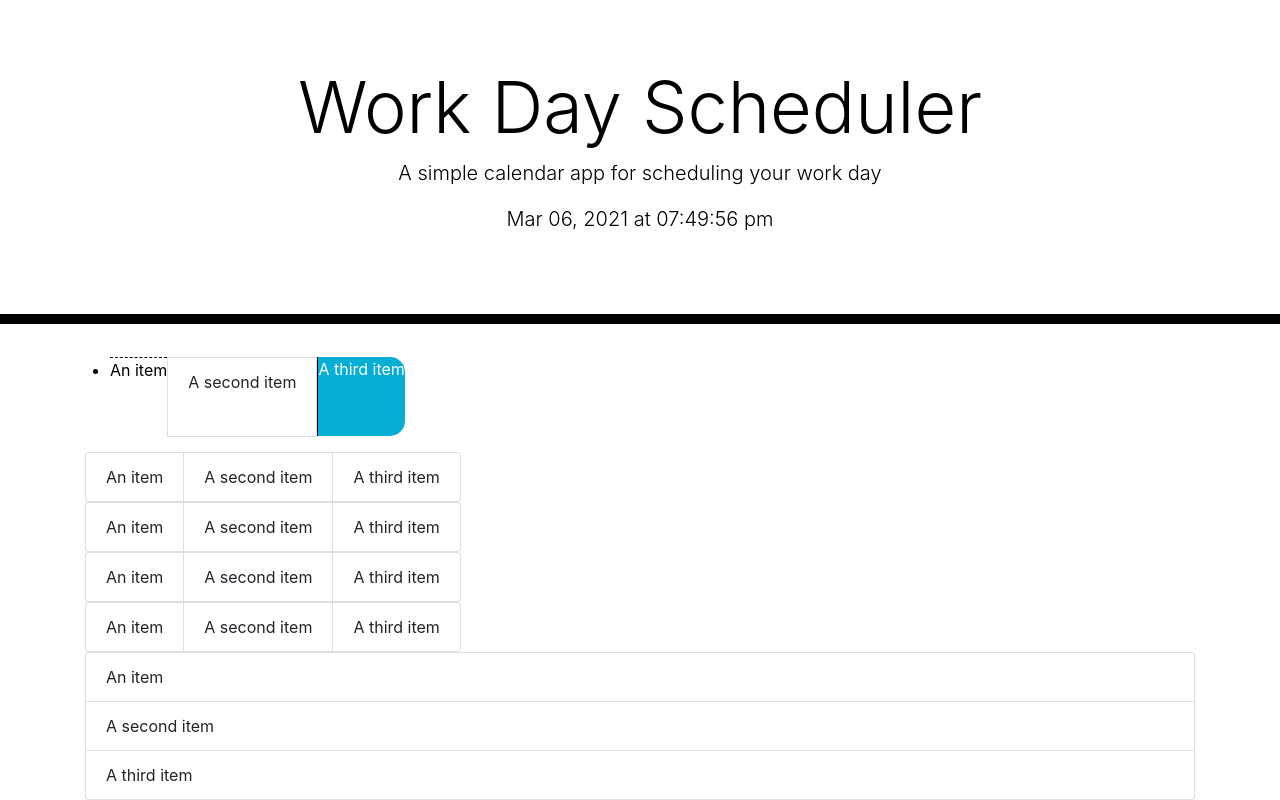
Repository: ziffoit/Work-Day_Scheduler
Page: Develop/index.html
The author's editor kept a copy of each file at every save. The page is drawn from the files as they stood at one save, then again after the next save.
The browser window is 1280 px wide. The pictures show the whole page.
Some web libraries are served in a nearby version.

Above is the page before, as saved 2021-03-16 17:59:35.

### Develop/index.html
<!DOCTYPE html>
<html lang="en">
  <head>
    <meta charset="UTF-8" />
    <meta name="viewport" content="width=device-width, initial-scale=1.0" />
    <meta http-equiv="X-UA-Compatible" content="ie=edge" />
    <link
      rel="stylesheet"
      href="https://stackpath.bootstrapcdn.com/bootstrap/4.3.1/css/bootstrap.min.css"
    />
    <link
      rel="stylesheet"
      href="https://use.fontawesome.com/releases/v5.8.1/css/all.css"
      integrity="sha384-50oBUHEmvpQ+1lW4y57PTFmhCaXp0ML5d60M1M7uH2+nqUivzIebhndOJK28anvf"
      crossorigin="anonymous"
    />
    <link
      href="https://fonts.googleapis.com/css?family=Open+Sans&display=swap"
      rel="stylesheet"
    />
    <link rel="stylesheet" href="style.css" />
    <title>Work Day Scheduler</title>
  </head>

  <body>
    <header class="jumbotron">
      <h1 class="display-3">Work Day Scheduler</h1>
      <p class="lead">A simple calendar app for scheduling your work day</p>
      <p id="currentDay" class="lead"></p>
    </header>
    <div class="container">
      <ul class="description time-block row">
        <li class="hour">An item</li>
        <li class="list-group-item">A second item</li>
        <li class="saveBtn">A third item</li>
      </ul>
      <ul class="list-group list-group-horizontal-sm">
        <li class="list-group-item">An item</li>
        <li class="list-group-item">A second item</li>
        <li class="list-group-item">A third item</li>
      </ul>
      <ul class="list-group list-group-horizontal-md">
        <li class="list-group-item">An item</li>
        <li class="list-group-item">A second item</li>
        <li class="list-group-item">A third item</li>
      </ul>
      <ul class="list-group list-group-horizontal-lg">
        <li class="list-group-item">An item</li>
        <li class="list-group-item">A second item</li>
        <li class="list-group-item">A third item</li>
      </ul>
      <ul class="list-group list-group-horizontal-xl">
        <li class="list-group-item">An item</li>
        <li class="list-group-item">A second item</li>
        <li class="list-group-item">A third item</li>
      </ul>
      <ul class="list-group list-group-horizontal-xxl">
        <li class="list-group-item">An item</li>
        <li class="list-group-item">A second item</li>
        <li class="list-group-item">A third item</li>
      </ul>
      <!-- Timeblocks go here -->
    </div>

    <script src="https://cdnjs.cloudflare.com/ajax/libs/jquery/3.2.1/jquery.min.js"></script>
    <script src="https://cdnjs.cloudflare.com/ajax/libs/moment.js/2.24.0/moment.min.js"></script>
    <script src="script.js"></script>
  </body>
</html>

### Develop/style.css
hourbody {
  font-family: "Open Sans", sans-serif;
  font-size: 16px;
  line-height: 1;
}

textarea {
  background: transparent;
  border: none;
  resize: none;
  color: #000000;
  border-left: 1px solid black;
  padding: 10px;
}

.jumbotron {
  text-align: center;
  background-color: transparent;
  color: black;
  border-radius: 0;
  border-bottom: 10px solid black;
}

.description {
  white-space: pre-wrap;
}

.time-block {
  text-align: center;
  border-radius: 15px;
}

.row {
  white-space: pre-wrap;
  height: 80px;
  border-top: 1px solid white;
}

.hour {
  background-color: #ffffff;
  color: #000000;
  border-top: 1px dashed #000000;
}

.past {
  background-color: #d3d3d3;
  color: white;
}

.present {
  background-color: #ff6961;
  color: white;
}

.future {
  background-color: #77dd77;
  color: white;
}

.saveBtn {
  border-left: 1px solid black;
  border-top-right-radius: 15px;
  border-bottom-right-radius: 15px;
  background-color: #06aed5;
  color: white;
}

.saveBtn i:hover {
  font-size: 20px;
  transition: all 0.3s ease-in-out;
}

### Develop/script.js
var currentDay = $('#currentDay')

function dateAndTime() {
    var rightNow = moment().format('MMM DD, YYYY [at] hh:mm:ss a');
    currentDay.text(rightNow);
  }

  setInterval(dateAndTime, 1000)

After the next save:
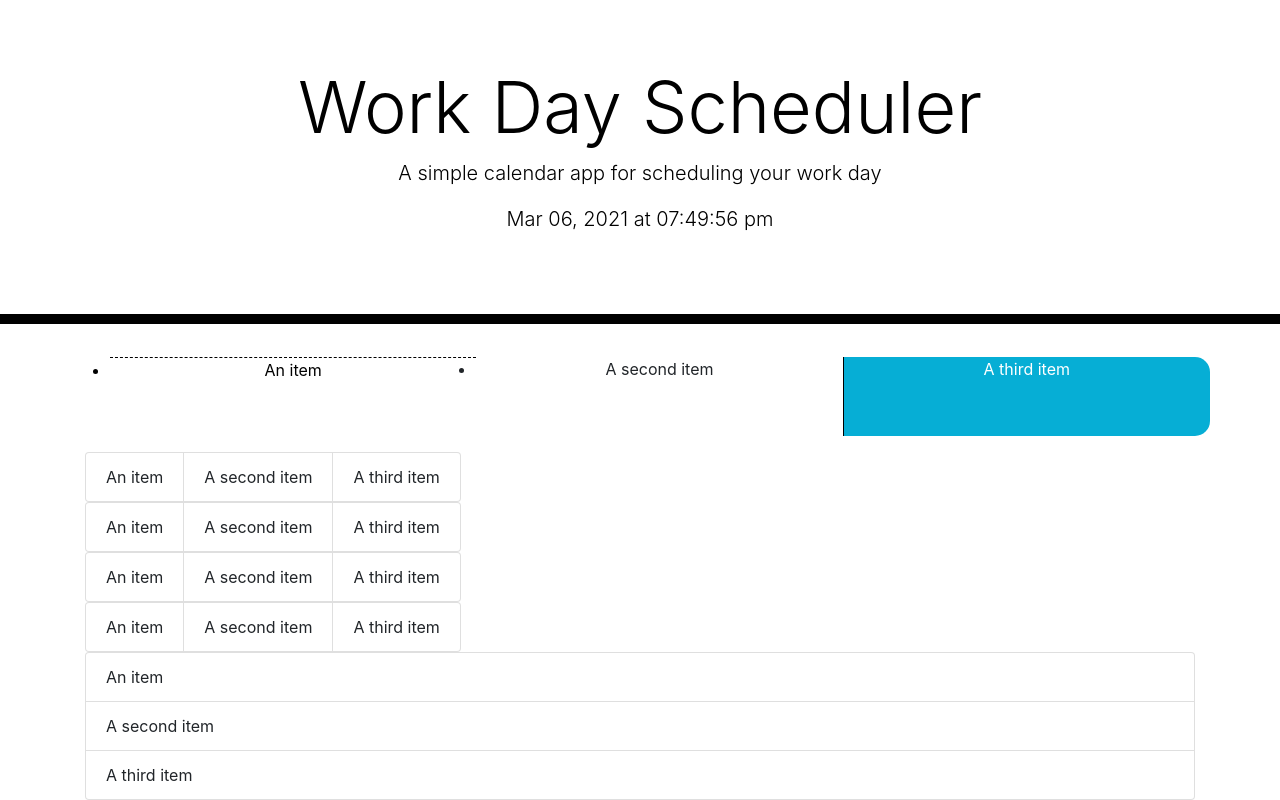
Saved 12 min 23 s later.
--- a/Develop/index.html
+++ b/Develop/index.html
@@ -30,9 +30,9 @@
     </header>
     <div class="container">
       <ul class="description time-block row">
-        <li class="hour">An item</li>
-        <li class="list-group-item">A second item</li>
-        <li class="saveBtn">A third item</li>
+        <li class="col hour">An item</li>
+        <li class="col 10">A second item</li>
+        <li class="col saveBtn">A third item</li>
       </ul>
       <ul class="list-group list-group-horizontal-sm">
         <li class="list-group-item">An item</li>
